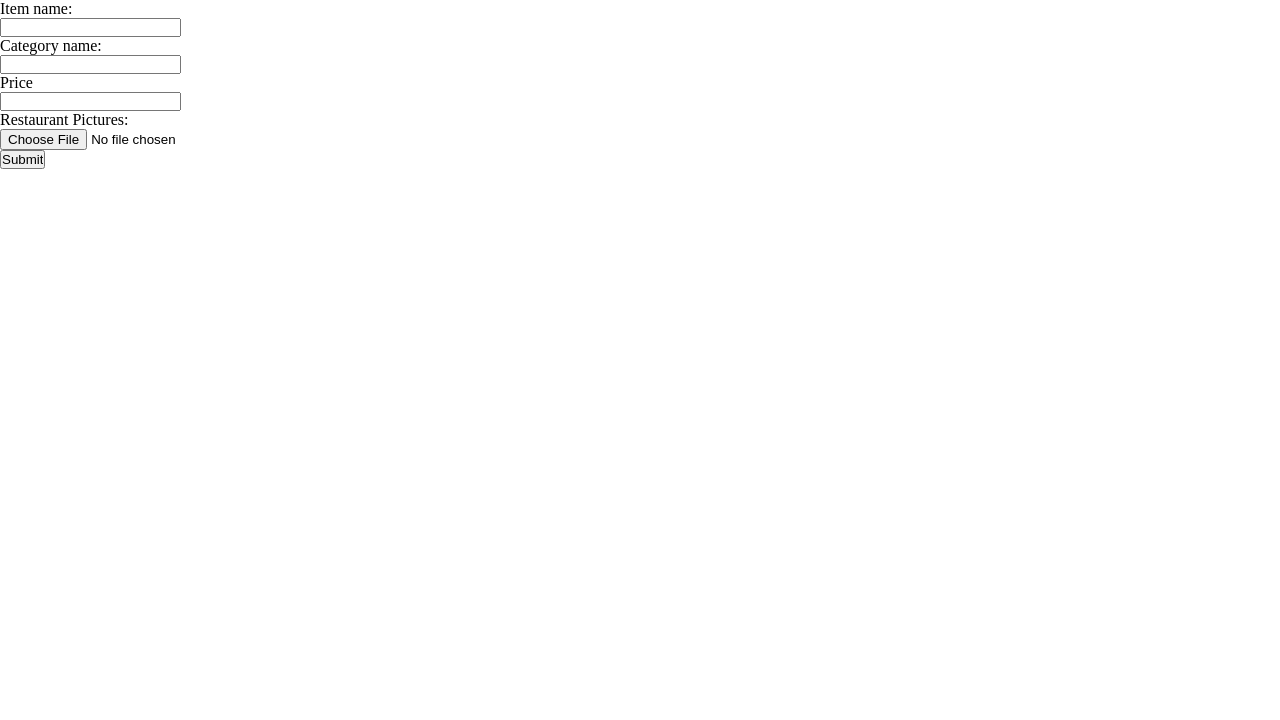
Repository: jatannoury/Ecommerce-Laravel-Electron
Page: Admin-electron/src/HTML/add_item.html
The author's editor kept a copy of each file at every save. The page is drawn from the files as they stood at one save, then again after a run of saves.
The browser window is 1280 px wide. The pictures show the whole page.

Above is the page before, as saved 2022-06-10 22:21:07.

### Admin-electron/src/HTML/add_item.html
<!DOCTYPE html>
<html lang="en">

    <head>
        <meta charset="UTF-8">
        <link rel="stylesheet" href="../CSS/styles.css">
        <title>Admin-Add_item</title>
    </head>

    <body>
        <form action="/action_page.php">
            <label for="item_name" id="item_name ">Item name:</label><br>
            <input type="text"  name="fname" ><br>
            <label for="Category_name" id="Category_name">Category name:</label><br>
            <input type="text"  name="fname" ><br>
            <label for="price" id="price">Price</label><br>
            <input type="text"  name="fname" ><br>
            <div >
            <label for="pictures">Restaurant Pictures:</label></br>
            <input id="pictures" type="file" accept="image/*">
            </div>
            <input type="submit" value="Submit">

        </form>
    </body>
</html>

### Admin-electron/src/CSS/styles.css
*{
    padding: 0;
    margin: 0;
    box-sizing: border-box;
}
.box-1, .box-2{
    padding:5% 5% 5% 5%;
    margin-left:0% ;
    margin-top: 20%;
    border-radius: 20px;
}

.box-1{
    margin-left: 30%;
}

.box-2{
    margin-left: 5%;
}

 .box-2:hover, .box-1:hover{
    border-color: red;
}

.input {
    margin-top: 10%;
}

After the next 3 saves:
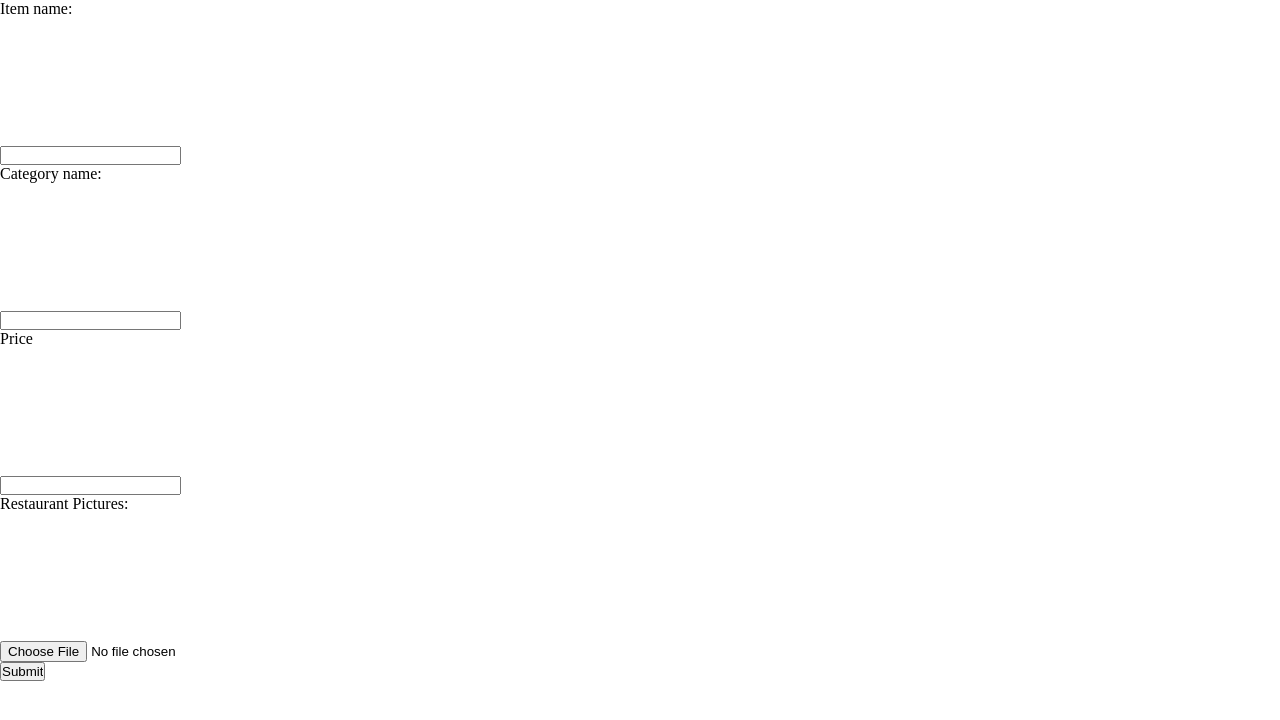
The 3 saves are shown as one change because they came seconds apart.
The last was saved 7 s later.
--- a/Admin-electron/src/HTML/add_item.html
+++ b/Admin-electron/src/HTML/add_item.html
@@ -10,14 +10,14 @@
     <body>
         <form action="/action_page.php">
             <label for="item_name" id="item_name ">Item name:</label><br>
-            <input type="text"  name="fname" ><br>
+            <input type="text" class="input" name="fname" ><br>
             <label for="Category_name" id="Category_name">Category name:</label><br>
-            <input type="text"  name="fname" ><br>
+            <input type="text" class="input" name="fname" ><br>
             <label for="price" id="price">Price</label><br>
-            <input type="text"  name="fname" ><br>
+            <input type="text" class="input" name="fname" ><br>
             <div >
             <label for="pictures">Restaurant Pictures:</label></br>
-            <input id="pictures" type="file" accept="image/*">
+            <input id="pictures" class="input" type="file" accept="image/*">
             </div>
             <input type="submit" value="Submit">
 

After the 3 saves that followed:
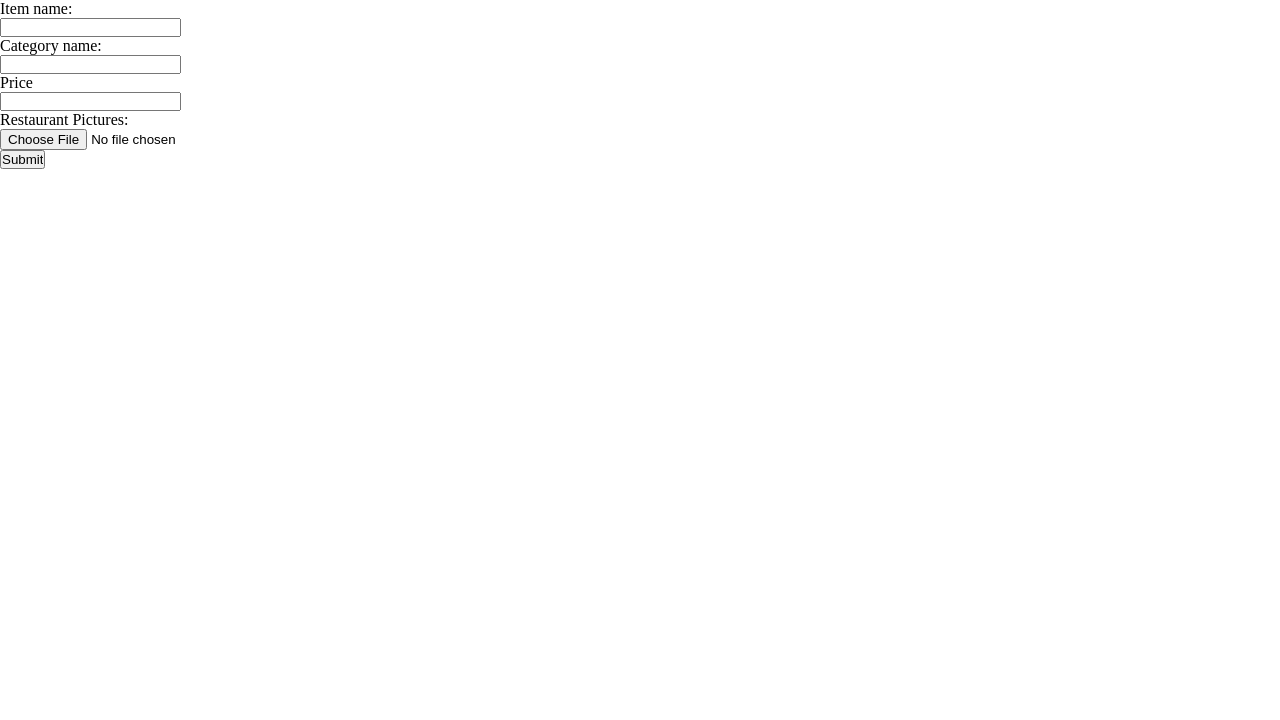
The 3 saves are shown as one change because they came seconds apart.
The last was saved 18 s later.
--- a/Admin-electron/src/HTML/add_item.html
+++ b/Admin-electron/src/HTML/add_item.html
@@ -9,15 +9,15 @@
 
     <body>
         <form action="/action_page.php">
-            <label for="item_name" id="item_name ">Item name:</label><br>
-            <input type="text" class="input" name="fname" ><br>
+            <label for="item_name" class="input" id="item_name ">Item name:</label><br>
+            <input type="text"  name="fname" ><br>
             <label for="Category_name" id="Category_name">Category name:</label><br>
-            <input type="text" class="input" name="fname" ><br>
+            <input type="text"  name="fname" ><br>
             <label for="price" id="price">Price</label><br>
-            <input type="text" class="input" name="fname" ><br>
+            <input type="text"  name="fname" ><br>
             <div >
             <label for="pictures">Restaurant Pictures:</label></br>
-            <input id="pictures" class="input" type="file" accept="image/*">
+            <input id="pictures" type="file" accept="image/*">
             </div>
             <input type="submit" value="Submit">
 
